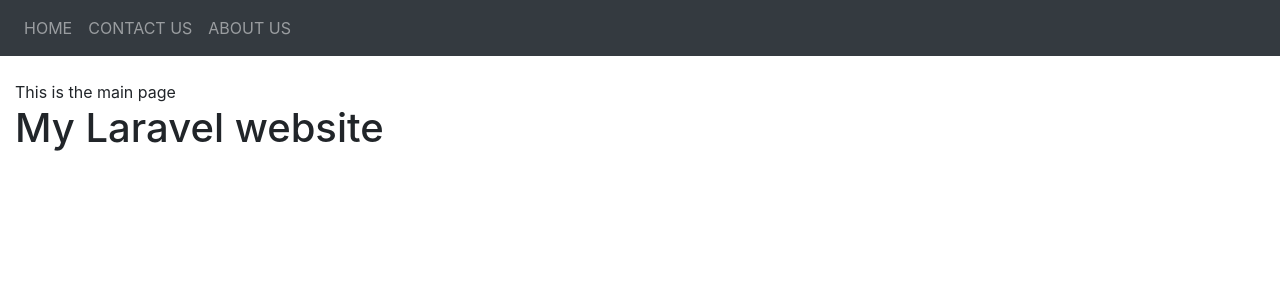
Repository: ROCKY-SAM/laravel5.7
Page: http://localhost/
The author's editor kept a copy of each file at every save. The page is drawn from the files as they stood at one save, then again after the next save.
The browser window is 1280 px wide. The pictures show the whole page.
The page is served by the project's Laravel application, run on PHP 8.4 with Laravel 8. Queries for data that is not in the repository find no rows.

Above is the page before, as saved 2018-11-11 14:43:15.

After the next save:
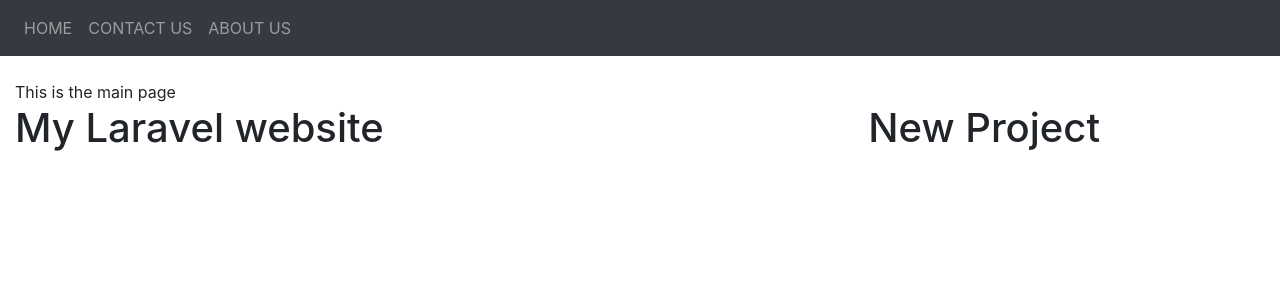
Saved 7 s later.
--- a/resources/views/welcome.blade.php
+++ b/resources/views/welcome.blade.php
@@ -10,7 +10,7 @@
 <br>
 <div class="row">
     <div class="col-8"> <h1>My {{ $foo }} website</h1> </div>
-    <div class="col-4"> <h1></h1> </div>
+    <div class="col-4"> <h1>New Project</h1> </div>
 </div>
 
 
